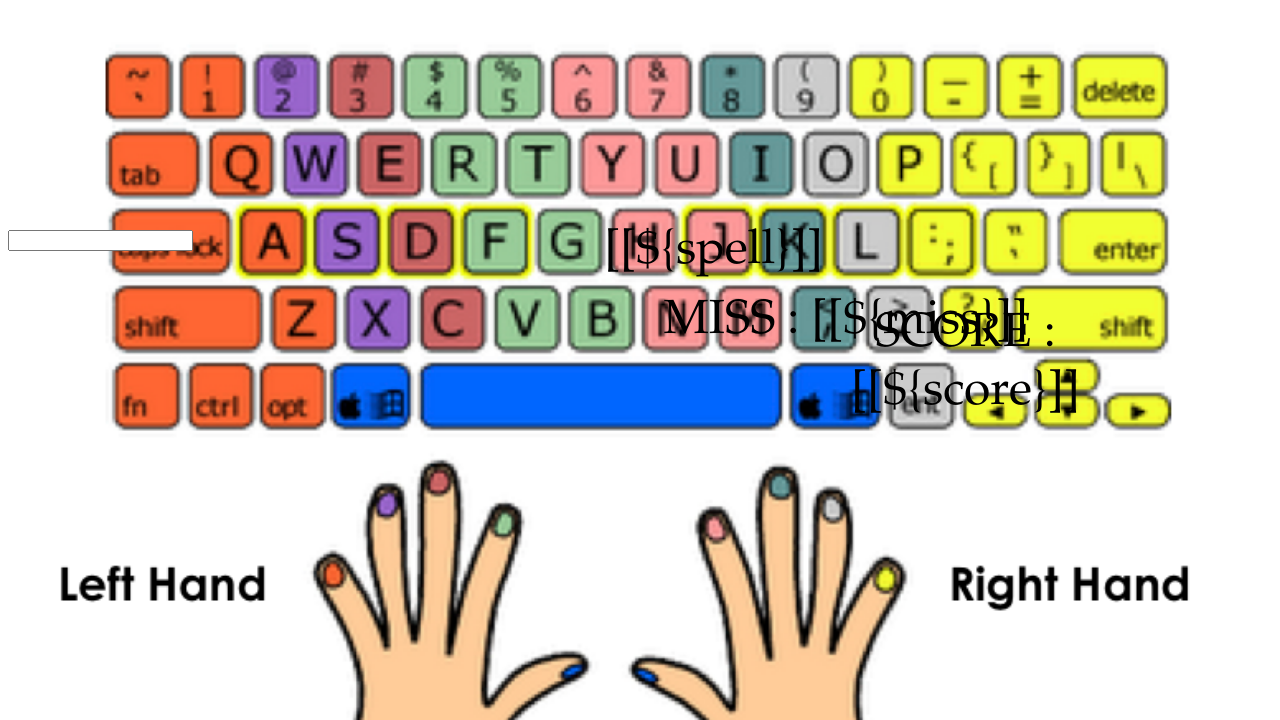
Repository: thaddeas01/typingskill
Page: src/main/resources/templates/single.html
The author's editor kept a copy of each file at every save. The page is drawn from the files as they stood at one save, then again after the next save.
The browser window is 1280 px wide. The pictures show the whole page.

Above is the page before, as saved 2023-01-14 00:39:36.
Console error: SyntaxError: Unexpected token '{'

### src/main/resources/templates/single.html
<head>
  <title>Game Application by Pentagon</title>
</head>

<body>
  <div id="app"></div>

  <p class="word1"> [[${spell}]]</p>
  <p class="word2"> MISS : [[${miss}]]</p>
  <p class="word3"> SCORE : [[${score}]]</p>
  <form th:action="@{/hantei(prob=${spell},miss=${miss},score=${score})}" method="post">
    <input type="text" name="answer" id="firstinput">
  </form>
</body>

<style>
  body {
      background-image: url('gamebacks.png');
      background-repeat: no-repeat;
      background-size: cover;
    }

    .word1{
      font-size: 3em;
      width: 400px;
      height: 100px;
      font-family: "garamond", serif;
      position: relative;
      text-align: center;
      top: 20%;
      left: 40%;
      display: inline-block;
      margin-top: 1rem;
    }
    .word2{
      font-size: 3em;
      width: 400px;
      height: 100px;
      font-family: "garamond", serif;
      position: relative;
      text-align: center;
      top: 30%;
      left: 18.5%;
      display: inline-block;
      margin-top: 1rem;
    }
    .word3{
      font-size: 3em;
      width: 400px;
      height: 100px;
      font-family: "garamond", serif;
      position: relative;
      text-align: center;
      top: 40%;
      left: -4%;
      display: inline-block;
      margin-top: 1rem;
    }
  .base-timer {
    position: relative;
    width: 150px;
    height: 150px;
  }

  .base-timer__svg {
    transform: scaleX(-1);
  }

  .base-timer__circle {
    fill: none;
    stroke: none;
  }

  .base-timer__path-elapsed {
    stroke-width: 7px;
    stroke: grey;
  }

  .base-timer__path-remaining {
    stroke-width: 7px;
    stroke-linecap: round;
    transform: rotate(90deg);
    transform-origin: center;
    transition: 1s linear all;
    fill-rule: nonzero;
    stroke: currentColor;
  }

  .base-timer__path-remaining.green {
    color: rgb(65, 184, 131);
  }

  .base-timer__path-remaining.orange {
    color: orange;
  }

  .base-timer__path-remaining.red {
    color: red;
  }

  .base-timer__label {
    position: relative;
    top: -110px;
    width: 150px;
    height: 150px;
    display: flex;
    align-items: flex-start;
    justify-content: center;
    font-size: 48px;
  }
</style>
<script th:inline="javascript">
  const FULL_DASH_ARRAY = 300;
  const WARNING_THRESHOLD = 4;
  const ALERT_THRESHOLD = 2;

  const COLOR_CODES = {
    info: {
      color: "green"
    },
    warning: {
      color: "orange",
      threshold: WARNING_THRESHOLD
    },
    alert: {
      color: "red",
      threshold: ALERT_THRESHOLD
    }
  };

  const TIME_LIMIT = 7;
  let timePassed = 0;
  let timeLeft = TIME_LIMIT;
  let timerInterval = null;
  let remainingPathColor = COLOR_CODES.info.color;
  var miss = [[${ miss }]];
  var score = [[${ score }]];

  document.getElementById("app").innerHTML = `
<div class="base-timer">
  <svg class="base-timer__svg" viewBox="0 0 100 100" xmlns="http://www.w3.org/2000/svg">
    <g class="base-timer__circle">
      <circle class="base-timer__path-elapsed" cx="50" cy="50" r="45"></circle>
      <path
        id="base-timer-path-remaining"
        stroke-dasharray="283"
        class="base-timer__path-remaining ${remainingPathColor}"
        d="
          M 50, 50
          m -45, 0
          a 45,45 0 1,0 90,0
          a 45,45 0 1,0 -90,0
        "
      ></path>
    </g>
  </svg>
  <span id="base-timer-label" class="base-timer__label">${formatTime(
    timeLeft
  )}</span>
</div>
`;
  document.getElementById('firstinput').focus();
  startTimer();

  function startTimer() {
    timerInterval = setInterval(() => {
      timePassed = timePassed += 1;
      timeLeft = TIME_LIMIT - timePassed;
      document.getElementById("base-timer-label").innerHTML = formatTime(
        timeLeft
      );
      setCircleDasharray();
      setRemainingPathColor(timeLeft);

      if (timeLeft === 0) {
        clearInterval(timerInterval);
        setTimeout(function () {
          location.href = "/timeout?miss=" + miss + "&score=" + score
        }, 0);
      }
    }, 1000);
  }

  function formatTime(time) {
    const minutes = Math.floor(time / 60);
    let seconds = time % 60;

    if (seconds < 10) {
      seconds = `0${seconds}`;
    }

    return `${minutes}:${seconds}`;
  }

  function setRemainingPathColor(timeLeft) {
    const { alert, warning, info } = COLOR_CODES;
    if (timeLeft <= alert.threshold) {
      document
        .getElementById("base-timer-path-remaining")
        .classList.remove(warning.color);
      document
        .getElementById("base-timer-path-remaining")
        .classList.add(alert.color);
    } else if (timeLeft <= warning.threshold) {
      document
        .getElementById("base-timer-path-remaining")
        .classList.remove(info.color);
      document
        .getElementById("base-timer-path-remaining")
        .classList.add(warning.color);
    }
  }

  function calculateTimeFraction() {
    const rawTimeFraction = timeLeft / TIME_LIMIT;
    return rawTimeFraction - (1 / TIME_LIMIT) * (1 - rawTimeFraction);
  }

  function setCircleDasharray() {
    const circleDasharray = `${(
      calculateTimeFraction() * FULL_DASH_ARRAY
    ).toFixed(0)} 283`;
    document
      .getElementById("base-timer-path-remaining")
      .setAttribute("stroke-dasharray", circleDasharray);
  }
</script>

After the next save:
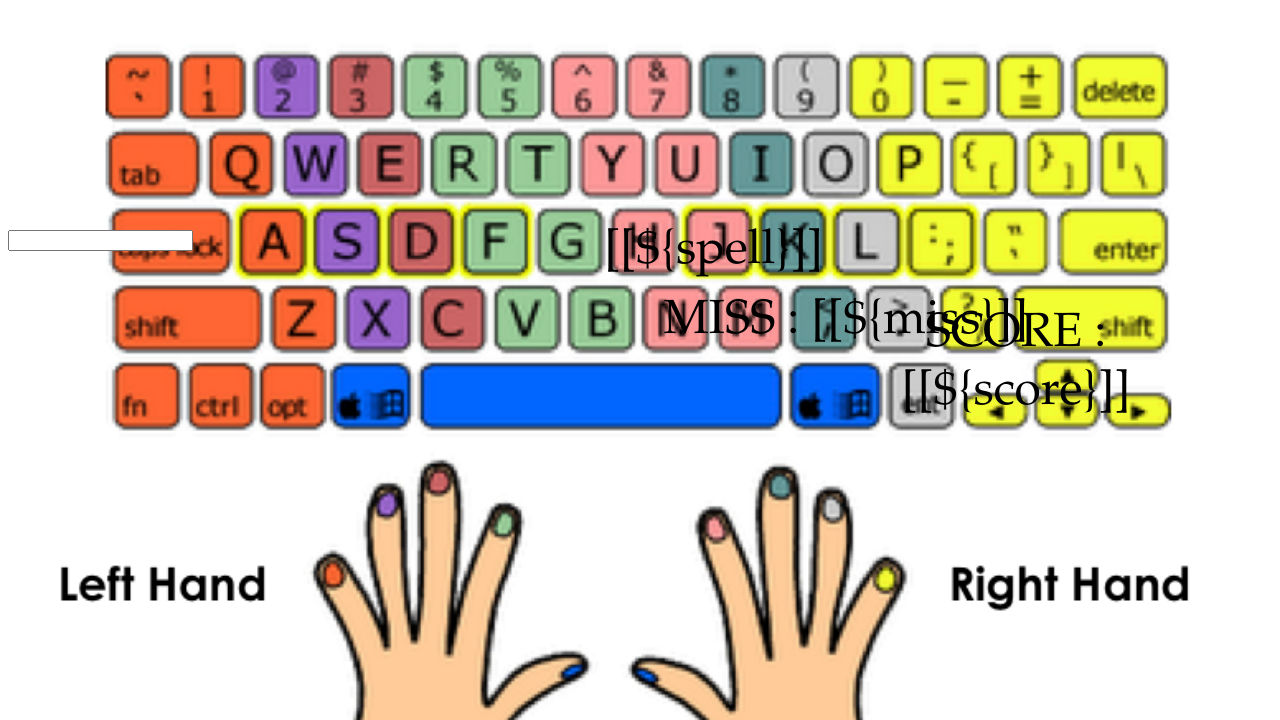
Saved 25 s later.
--- a/src/main/resources/templates/single.html
+++ b/src/main/resources/templates/single.html
@@ -52,7 +52,7 @@
       position: relative;
       text-align: center;
       top: 40%;
-      left: -4%;
+      left: -3/5%;
       display: inline-block;
       margin-top: 1rem;
     }
